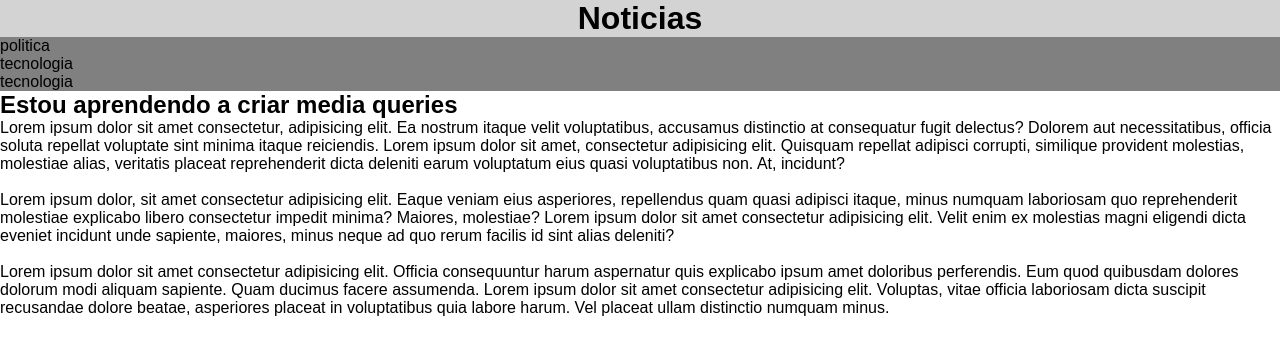
Repository: Lucianorodriguesdev/cursoHTML-CSS
Page: ex026/mq001/index.html
These files come from the project's save history. The page is drawn as it stood at one moment and after the next save; the edit follows.
The browser window is 1280 px wide. The pictures show the whole page.

Above is the page before, as saved 2026-07-13 17:16:55.

After the next save:
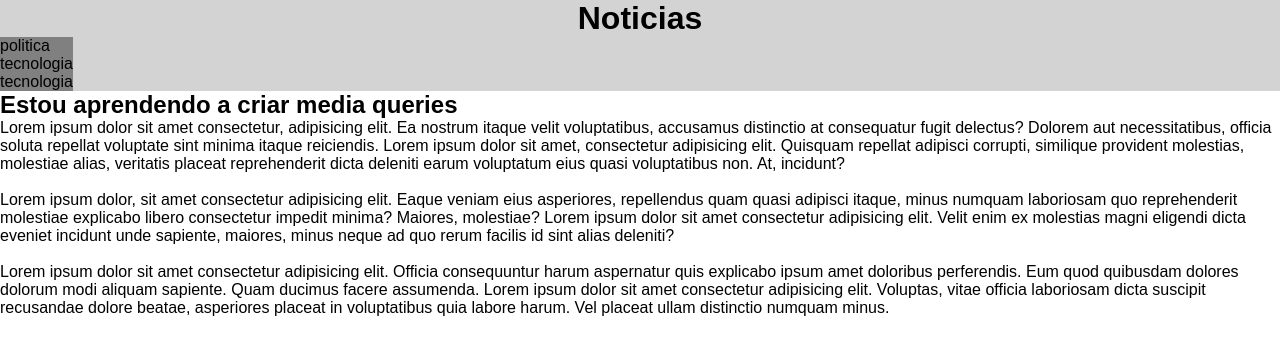
Saved 32 s later.
--- a/ex026/mq001/estilo/tela.css
+++ b/ex026/mq001/estilo/tela.css
@@ -17,7 +17,6 @@ header h1{
 }
 menu ul{
     list-style-type: none;
+    background-color: grey;
+    display: inline-block;
 }
-menu ul{
-    background-color: grey;
-}
